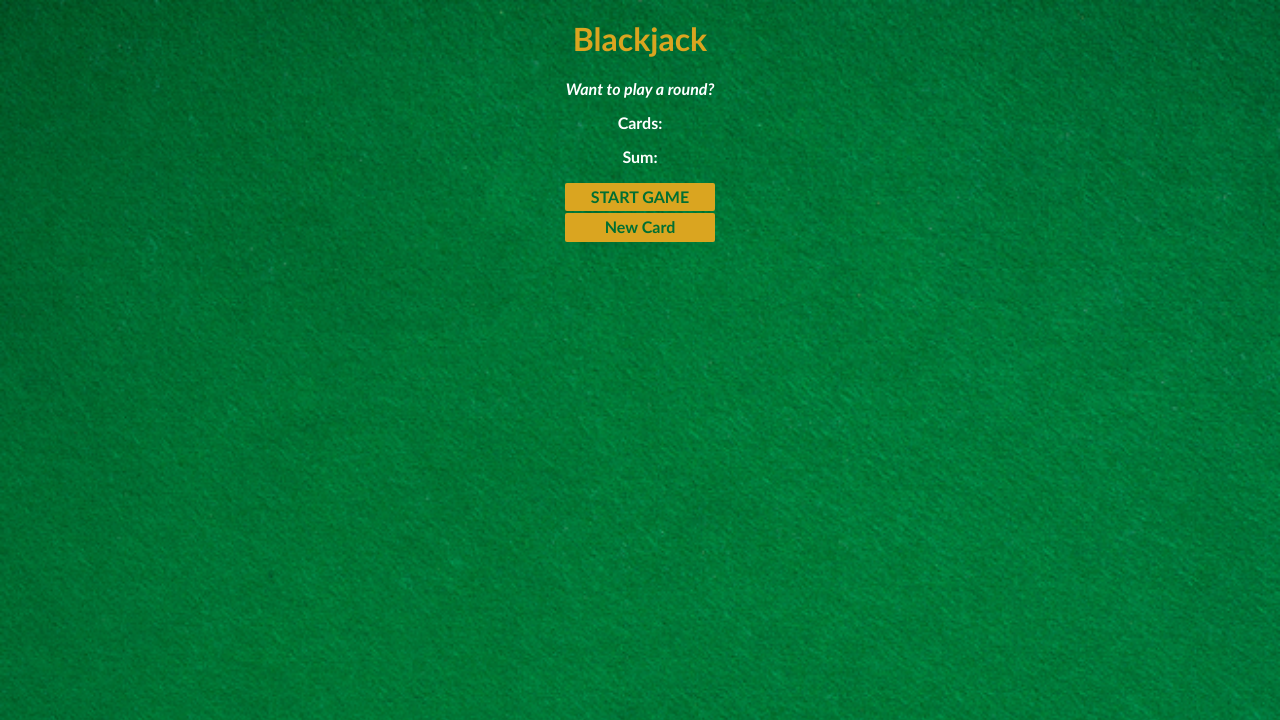
Repository: jt010051/JavaScriptBlackJack
Page: index.html
An editor plug-in stored every save of this project. The page is shown before and after the next save, followed by the edit.
The browser window is 1280 px wide. The pictures show the whole page.
After loading, the first visible `button` was clicked once.

Above is the page before, as saved 2022-02-26 18:45:35.
Console error: ReferenceError: startGame is not defined

### index.html
<html>
    <head><link rel="stylesheet" href="https://cdnjs.cloudflare.com/ajax/libs/normalize/8.0.1/normalize.css">
        <link rel="stylesheet" href="index.css">
    </head>
    <body>
        <h1>Blackjack</h1>
        <p id="message-el">Want to play a round?</p>
        <p id="cards-el">Cards:</p>
        <p id="sum-el">Sum:</p>
        <button onclick="startGame()">START GAME</button>
        <button onclick="newCard()">New Card</button>

        <script src="index.js"></script>
    </body>
</html>

### index.css
/* Complete the CSS styling according to the provided design */

body {
  font-family: 'Trebuchet MS', 'Lucida Sans Unicode', 'Lucida Grande', 'Lucida Sans', Arial, sans-serif;
  background-image: url("images/table.png");
  background-size: cover;
  text-align: center;
  color: white;

  font-weight: bold;

}

h1 {
    color: goldenrod;
}

#message-el {
    font-style: italic;
}
button {
        display: block;
        margin: 0 auto;

    color: #016f32;
    width: 150px;
    background: goldenrod;
    padding-top: 5px;
    padding-bottom: 5px;
    font-weight: bold;
    border: none;
    border-radius: 2px;
    margin-bottom: 2px;
    margin-top: 2px;
}

### index.js
let firstCard = 2;

let secondCard = 11 ;

let sum = firstCard+secondCard;

let hasBlackJack =false;
let isAlive = true;
let message =""
let messageEl = document.getElementById("message-el")
let sumEl = document.getElementById("sum-el")

let cardsEl = document.getElementById("cards-el")
function renderGame(){
    cardsEl.textContent = "Cards: " +firstCard +" "+secondCard
    sumEl.textContent="Sum: " +sum

    if(sum <= 20){

        message = "Do you want to draw a new Card?";
        }
        else if (sum === 21){
            message ="Wohoo! You've got Blackjack!";
        hasBlackJack = true
        }
        else{
            message ="Youre out of the game!";
            isAlive =false;
        }
messageEl.textContent=message
}

function newCard(){
console.log("Drawing a new card from the deck")
let card =2;
sum+=card;
renderGame();

}

After the next save:
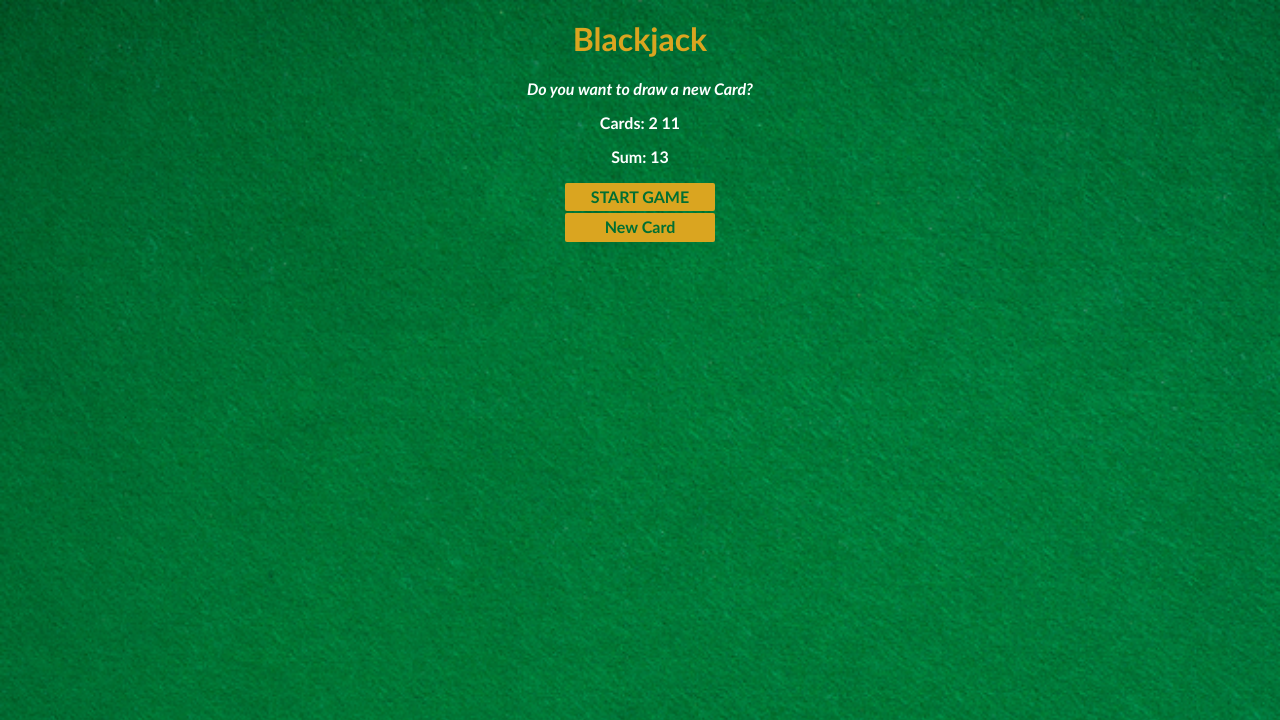
The error is gone.
Saved 37 s later.
--- a/index.js
+++ b/index.js
@@ -11,6 +11,11 @@ let messageEl = document.getElementById("message-el")
 let sumEl = document.getElementById("sum-el")
 
 let cardsEl = document.getElementById("cards-el")
+
+
+function startGame(){
+    renderGame()
+}
 function renderGame(){
     cardsEl.textContent = "Cards: " +firstCard +" "+secondCard
     sumEl.textContent="Sum: " +sum
